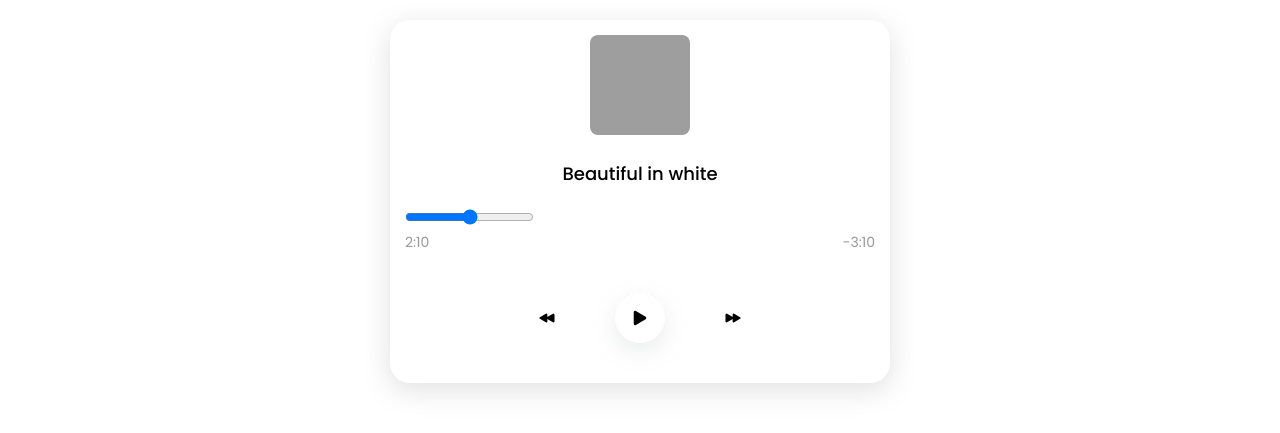
Repository: quyenpv10/mp3__music
Page: index.html
An editor plug-in stored every save of this project. The page is shown before and after the next save, followed by the edit.
The browser window is 1280 px wide. The pictures show the whole page.
Pictures or frames that could not be fetched are drawn as grey boxes.

Above is the page before, as saved 2021-12-10 20:12:42.

### index.html
<!DOCTYPE html>
<html lang="en">

<head>
    <meta charset="UTF-8">
    <meta http-equiv="X-UA-Compatible" content="IE=edge">
    <meta name="viewport" content="width=device-width, initial-scale=1.0">
    <title>Mp3 Player</title>
    <link rel="preconnect" href="https://fonts.googleapis.com">
    <link rel="preconnect" href="https://fonts.gstatic.com" crossorigin>
    <link href="https://fonts.googleapis.com/css2?family=Mulish:wght@300;400;500;700&family=Poppins:wght@300;400;500;600;700&display=swap" rel="stylesheet">
    <link rel="stylesheet" href="./app.css">
    <script type="module" src="https://unpkg.com/ionicons@5.5.2/dist/ionicons/ionicons.esm.js"></script>
    <script nomodule src="https://unpkg.com/ionicons@5.5.2/dist/ionicons/ionicons.js"></script>
</head>

<body>
    <div class="music">
        <div class="music-thumb">
            <img src="./images/8L0A0168.jpg" alt="">
        </div>
        <h3 class="music-name">Beautiful in white</h3>
        <input type="range" name="song" id="song">
        <div class="timer">
            <div class="duration">2:10</div>
            <div class="remaining">-3:10</div>
        </div>
        <div class="controls">
            <ion-icon name="play-back" class="play-back"></ion-icon>
            <div class="play">
                <ion-icon name="play"></ion-icon>
            </div>
            <ion-icon name="play-forward" class="play-forward"></ion-icon>

        </div>
    </div>

</body>

</html>

### app.css
html {
    box-sizing: border-box;
}

* {
    margin: 0;
    padding: 0;
}

*,
*:before,
*:after {
    box-sizing: border-box;
}

input,
textarea,
select,
button {
    outline: none;
}

input {
    line-height: normal;
}

label,
button {
    cursor: pointer;
}

a {
    text-decoration: none;
}

img {
    display: block;
    max-width: 100%;
}

body {
    font-family: 'Poppins', sans-serif;
    padding: 20px;
}

.music {
    max-width: 500px;
    margin: 0 auto;
    border-radius: 20px;
    background-color: white;
    box-shadow: rgba(100, 100, 111, 0.2) 0px 7px 29px 0px;
    padding: 15px 15px 40px;
}

.music-thumb {
    width: 100px;
    height: 100px;
    margin: 0 auto 25px;
}

.music-thumb img {
    width: 100%;
    height: 100%;
    object-fit: cover;
    border-radius: 8px;
}

.music-name {
    font-size: 18px;
    font-weight: 500;
    text-align: center;
    margin-bottom: 20px;
}

.timer {
    display: flex;
    justify-content: space-between;
    align-items: center;
    font-size: 14px;
    color: #999;
    margin-bottom: 40px;
}

.controls {
    display: flex;
    justify-content: center;
    align-items: center;
    gap: 0 60px;
}

.play {
    width: 50px;
    height: 50px;
    border-radius: 100rem;
    background-color: white;
    display: flex;
    justify-content: center;
    align-items: center;
    cursor: pointer;
    box-shadow: rgba(149, 157, 165, 0.2) 0px 8px 24px;
    font-size: 20px;
    position: relative;
}

.play::before {
    content: "";
    position: absolute;
    inset: 0;
}

After the next save:
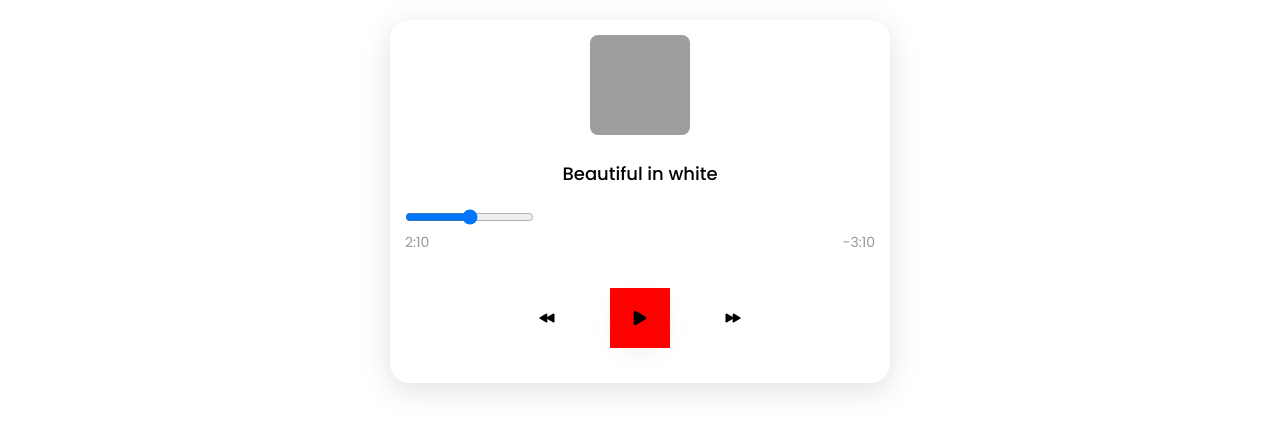
Saved 14 s later.
--- a/app.css
+++ b/app.css
@@ -106,4 +106,6 @@ body {
     content: "";
     position: absolute;
     inset: 0;
+    background-color: red;
+    transform: scale(1.2);
 }
